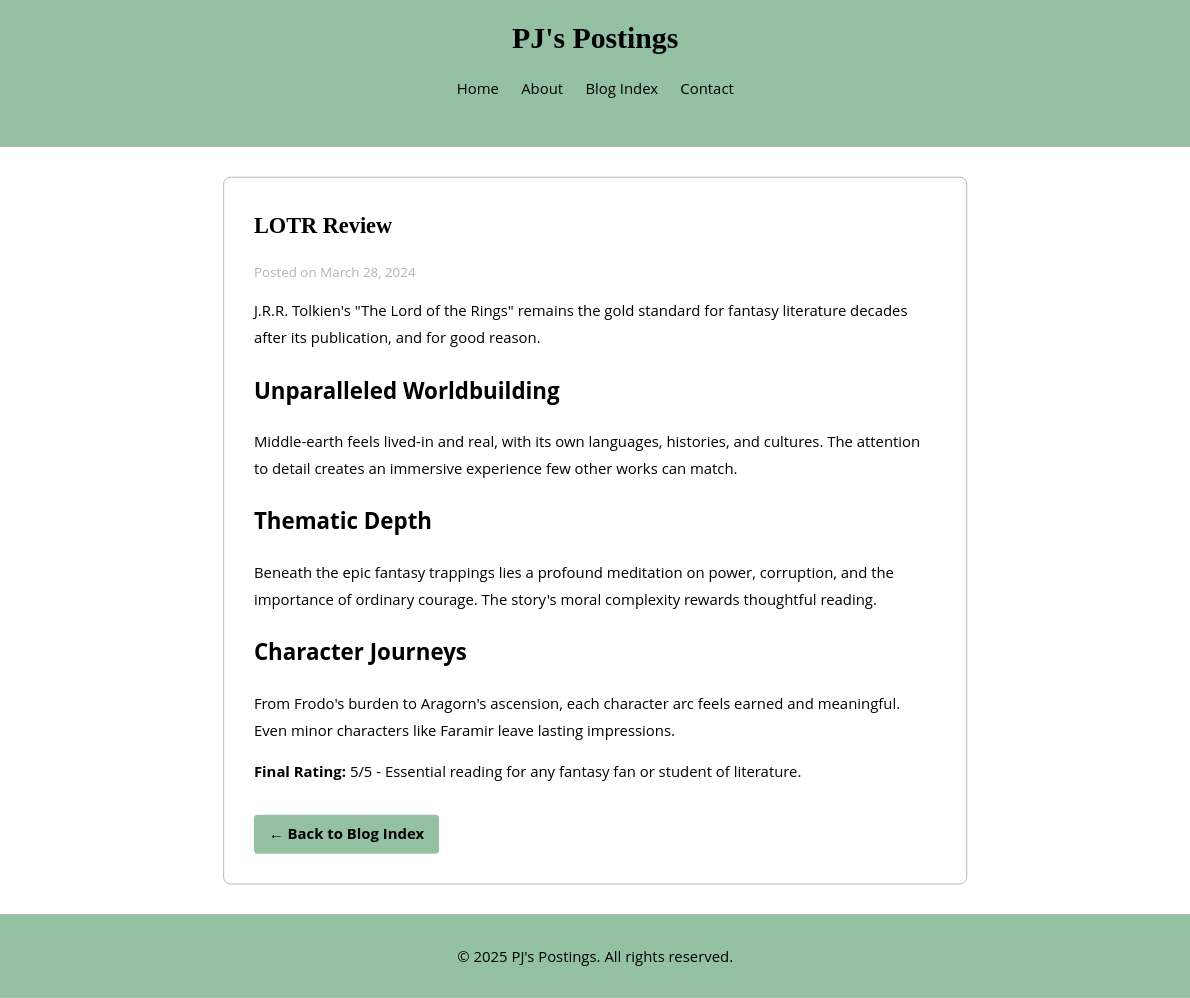
Repository: pjpatrick071/pjpatrick071.github.io
Page: posts/website-updates.html
The author's editor kept a copy of each file at every save. The page is drawn from the files as they stood at one save, then again after the next save.
The browser window is 1280 px wide. The pictures show the whole page, at 93% of full size.

Above is the page before, as saved 2025-04-02 23:39:10.

### posts/website-updates.html
<!DOCTYPE html>
<html lang="en">
<head>
    <meta charset="UTF-8">
    <meta name="viewport" content="width=device-width, initial-scale=1.0">
    <title>New TikTok Content | PJ's Postings</title>
    <!-- All the same CSS as snail-trail.html -->
    <style>
        :root {
            --soft-green: #94c0a4;
            --silver: #b3b3b3;
            --black: #000000;
            --white: #ffffff;
        }
        body {
            font-family: 'Open Sans', sans-serif;
            line-height: 1.6;
            margin: 0;
            padding: 0;
            background-color: var(--white);
            color: var(--black);
        }
        header {
            background-color: var(--soft-green);
            padding: 1rem 0;
            text-align: center;
            border-bottom: 1px solid var(--silver);
        }
        .logo {
            font-size: 2rem;
            font-weight: bold;
            margin: 0;
            color: var(--black);
            font-family: 'Playfair Display', serif;
        }
        nav ul {
            padding: 0;
            list-style: none;
            display: flex;
            justify-content: center;
            gap: 1.5rem;
            margin: 1rem 0;
        }
        nav a {
            text-decoration: none;
            color: var(--black);
            font-weight: 500;
            transition: color 0.3s;
        }
        nav a:hover {
            color: var(--silver);
        }
        .container {
            max-width: 800px;
            margin: 2rem auto;
            padding: 0 1rem;
        }
        .blog-post {
            background-color: var(--white);
            border: 1px solid var(--silver);
            border-radius: 8px;
            padding: 2rem;
            margin-bottom: 2rem;
        }
        .post-title {
            color: var(--black);
            margin-top: 0;
            font-family: 'Playfair Display', serif;
        }
        .post-meta {
            color: var(--silver);
            font-size: 0.9rem;
            margin-bottom: 1rem;
        }
        .post-content {
            line-height: 1.8;
            margin-bottom: 2rem;
        }
        .post-content img {
            max-width: 100%;
            height: auto;
            margin: 1rem 0;
            border-radius: 8px;
        }
        .back-to-blog {
            display: inline-block;
            background-color: var(--soft-green);
            color: var(--black);
            padding: 0.5rem 1rem;
            border-radius: 4px;
            text-decoration: none;
            font-weight: bold;
            transition: background-color 0.3s;
        }
        .back-to-blog:hover {
            background-color: #82ad90;
        }
        .social-links {
            display: flex;
            justify-content: center;
            gap: 1rem;
            margin: 1rem 0;
        }
        .social-links a {
            color: var(--black);
            font-size: 1.5rem;
            transition: transform 0.3s;
        }
        .social-links a:hover {
            transform: scale(1.2);
        }
        footer {
            background-color: var(--soft-green);
            text-align: center;
            padding: 1rem 0;
            border-top: 1px solid var(--silver);
            margin-top: 2rem;
        }
    </style>
</head>
<body>
    <header>
        <h1 class="logo">PJ's Postings</h1>
        <nav>
            <ul>
                <li><a href="../index.html">Home</a></li>
                <li><a href="../about.html">About</a></li>
                <li><a href="../blog.html">Blog Index</a></li>
                <li><a href="#">Contact</a></li>
            </ul>
        </nav>
        <div class="social-links">
            <a href="https://www.tiktok.com/@p.j.patrick" target="_blank" rel="noopener noreferrer"><i class="fab fa-tiktok"></i></a>
            <a href="#" target="_blank" rel="noopener noreferrer"><i class="fab fa-instagram"></i></a>
        </div>
    </header>

    <div class="container">
        <article class="blog-post">
            <h1 class="post-title">LOTR Review</h1>
            <p class="post-meta">Posted on March 28, 2024</p>

            <div class="post-content">
                <p>J.R.R. Tolkien's "The Lord of the Rings" remains the gold standard for fantasy literature decades after its publication, and for good reason.</p>

                <h2>Unparalleled Worldbuilding</h2>
                <p>Middle-earth feels lived-in and real, with its own languages, histories, and cultures. The attention to detail creates an immersive experience few other works can match.</p>

                <h2>Thematic Depth</h2>
                <p>Beneath the epic fantasy trappings lies a profound meditation on power, corruption, and the importance of ordinary courage. The story's moral complexity rewards thoughtful reading.</p>

                <h2>Character Journeys</h2>
                <p>From Frodo's burden to Aragorn's ascension, each character arc feels earned and meaningful. Even minor characters like Faramir leave lasting impressions.</p>

                <p><strong>Final Rating:</strong> 5/5 - Essential reading for any fantasy fan or student of literature.</p>
            </div>

            <a href="../blog.html" class="back-to-blog">&larr; Back to Blog Index</a>
        </article>
    </div>

    <footer>
        <p>&copy; <script>document.write(new Date().getFullYear());</script> PJ's Postings. All rights reserved.</p>
    </footer>
</body>
</html>

After the next save:
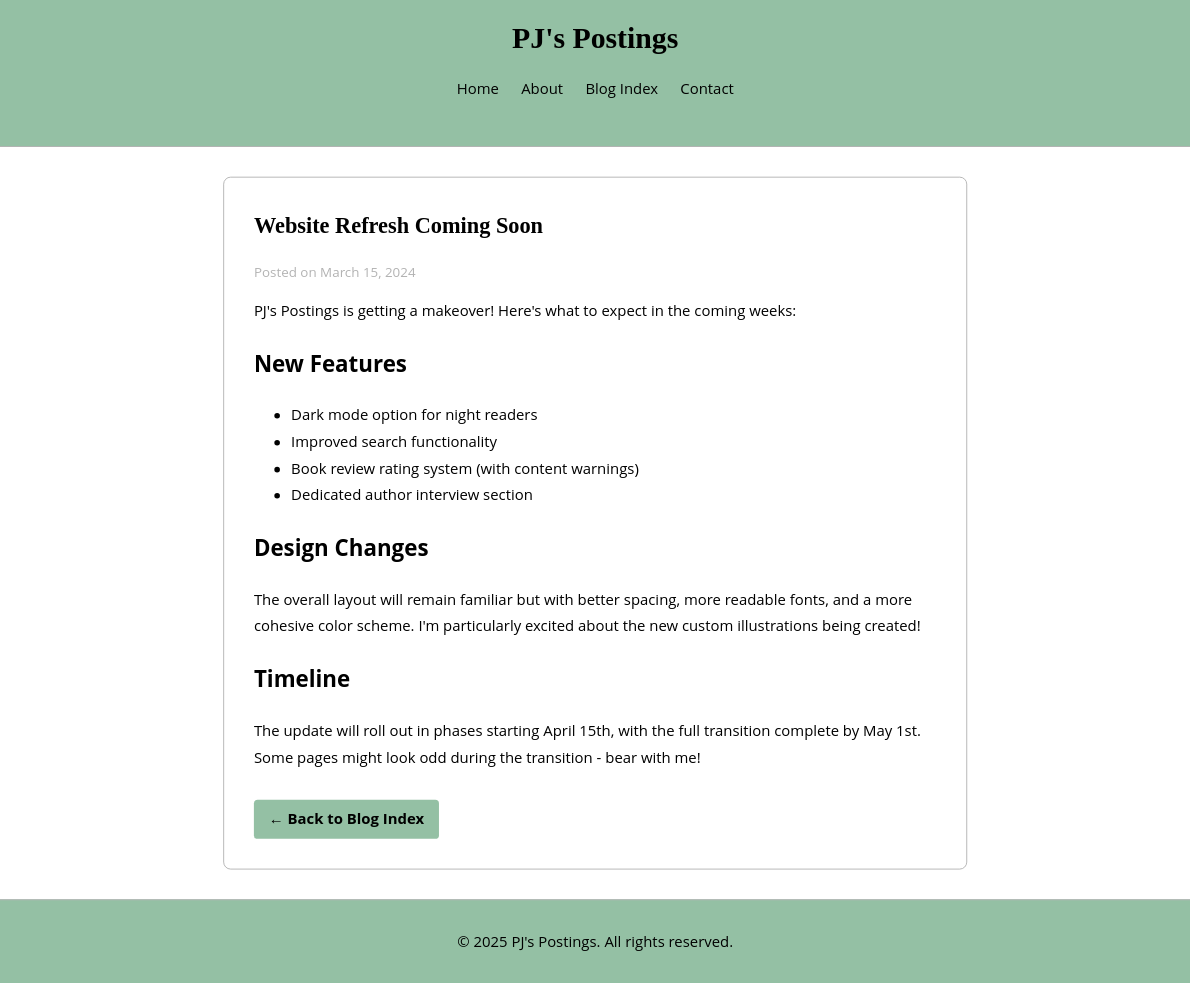
Saved 34 s later.
--- a/posts/website-updates.html
+++ b/posts/website-updates.html
@@ -137,22 +137,25 @@
 
     <div class="container">
         <article class="blog-post">
-            <h1 class="post-title">LOTR Review</h1>
-            <p class="post-meta">Posted on March 28, 2024</p>
+            <h1 class="post-title">Website Refresh Coming Soon</h1>
+            <p class="post-meta">Posted on March 15, 2024</p>
 
             <div class="post-content">
-                <p>J.R.R. Tolkien's "The Lord of the Rings" remains the gold standard for fantasy literature decades after its publication, and for good reason.</p>
+                <p>PJ's Postings is getting a makeover! Here's what to expect in the coming weeks:</p>
 
-                <h2>Unparalleled Worldbuilding</h2>
-                <p>Middle-earth feels lived-in and real, with its own languages, histories, and cultures. The attention to detail creates an immersive experience few other works can match.</p>
+                <h2>New Features</h2>
+                <ul>
+                    <li>Dark mode option for night readers</li>
+                    <li>Improved search functionality</li>
+                    <li>Book review rating system (with content warnings)</li>
+                    <li>Dedicated author interview section</li>
+                </ul>
 
-                <h2>Thematic Depth</h2>
-                <p>Beneath the epic fantasy trappings lies a profound meditation on power, corruption, and the importance of ordinary courage. The story's moral complexity rewards thoughtful reading.</p>
+                <h2>Design Changes</h2>
+                <p>The overall layout will remain familiar but with better spacing, more readable fonts, and a more cohesive color scheme. I'm particularly excited about the new custom illustrations being created!</p>
 
-                <h2>Character Journeys</h2>
-                <p>From Frodo's burden to Aragorn's ascension, each character arc feels earned and meaningful. Even minor characters like Faramir leave lasting impressions.</p>
-
-                <p><strong>Final Rating:</strong> 5/5 - Essential reading for any fantasy fan or student of literature.</p>
+                <h2>Timeline</h2>
+                <p>The update will roll out in phases starting April 15th, with the full transition complete by May 1st. Some pages might look odd during the transition - bear with me!</p>
             </div>
 
             <a href="../blog.html" class="back-to-blog">&larr; Back to Blog Index</a>
